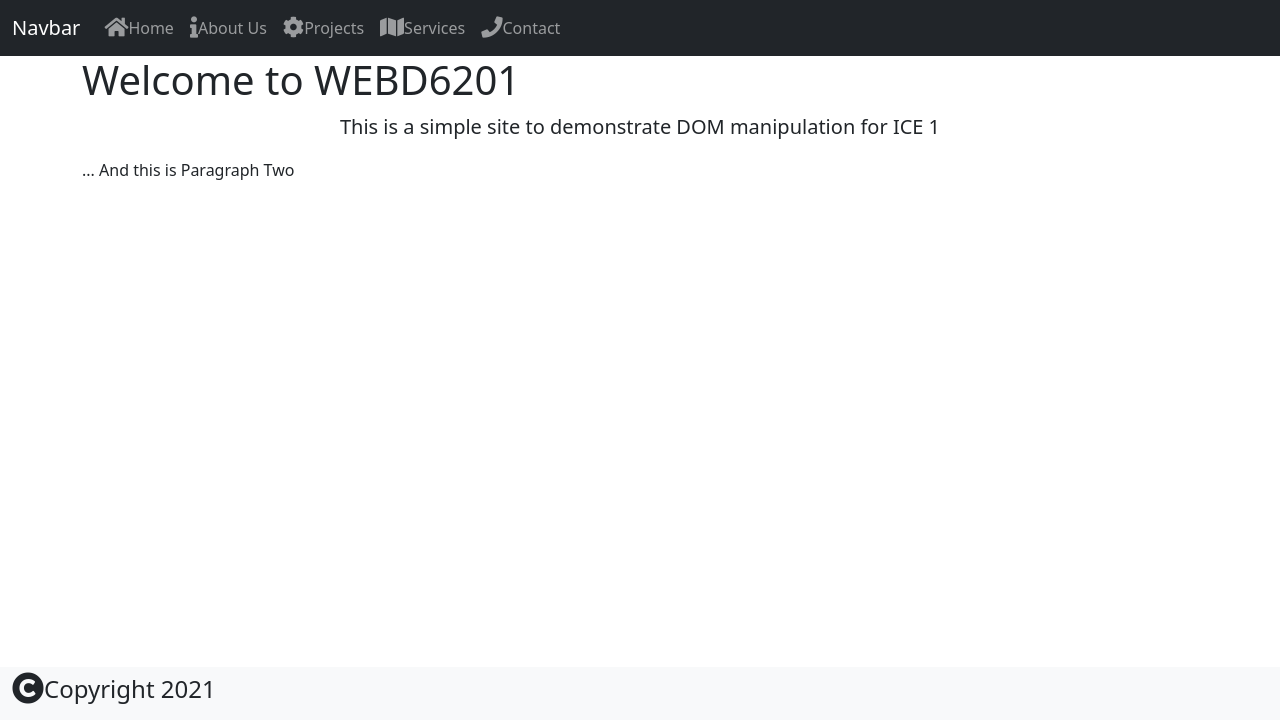
Repository: deividwsantoss/webd6201-W2021-ICE1
Page: Index.html
The author's editor kept a copy of each file at every save. The page is drawn from the files as they stood at one save, then again after a run of saves.
The browser window is 1280 px wide. The pictures show the whole page.

Above is the page before, as saved 2021-02-02 11:02:20.

### Index.html
<!DOCTYPE html>
<html lang="en">
<head>
    <meta charset="UTF-8">
    <meta name="viewport" content="width=device-width, initial-scale=1.0">
    <title>WEBD6201 - W2021 - ICE 1</title>
</head>
<!-- CSS SECTION -->
<link rel="stylesheet" href="./node_modules/bootstrap/dist/css/bootstrap.min.css">
<link rel="stylesheet" href="./node_modules/@fortawesome/fontawesome-free/css/all.min.css">
<link rel="stylesheet" href="./Content/app.css">

<body>
    <header>
        <nav class="navbar navbar-expand-lg navbar-dark bg-dark">
            <div class="container-fluid">
              <a class="navbar-brand" href="#">Navbar</a>
              <button class="navbar-toggler" type="button" data-bs-toggle="collapse" data-bs-target="#navbarSupportedContent" aria-controls="navbarSupportedContent" aria-expanded="false" aria-label="Toggle navigation">
                <span class="navbar-toggler-icon"></span>
              </button>
              <div class="collapse navbar-collapse" id="navbarSupportedContent">
                <ul class="navbar-nav me-auto mb-2 mb-lg-0">
                  <li class="nav-item">
                    <a class="nav-link" aria-current="page" href="#"><i class="fas fa-home fa-lg"></i>Home</a>
                  </li>
                  <li class="nav-item">
                    <a class="nav-link" aria-current="page" href="#"><i class="fas fa-info fa-lg"></i>About Us</a>
                  </li>
                  <li class="nav-item">
                    <a class="nav-link" aria-current="page" href="#"><i class="fas fa-cog fa-lg"></i>Projects</a>
                  </li>
                  <li class="nav-item">
                    <a class="nav-link" aria-current="page" href="#"><i class="fas fa-map fa-lg"></i>Services</a>
                  </li>
                  <li class="nav-item">
                    <a class="nav-link" aria-current="page" href="#"><i class="fas fa-phone fa-lg"></i>Contact</a>
                  </li>

                </ul>

              </div>
            </div>
          </nav>
    </header>
    <main class="container">

        <h1>Welcome to WEBD6201 </h1>
        <p id="paragraphOne"> </p>
    </main>

    <footer>
        <nav class="navbar fixed-bottom navbar-light bg-light">
            <div class="container-fluid">
                <h4><i class="fas fa-copyright fa-lg"></i>Copyright 2021 </h4>
            </div>
          </nav>

    </footer>
    <!-- Script Section-->
    <script src="./node_modules/jquery/dist/jquery.min.js"></script>
    <script src="./node_modules/bootstrap/dist/js/bootstrap.bundle.min.js"></script>
    <script src="./Scripts/app.js"></script>
</body>
</html>

### Scripts/app.js
/* Custom JavaScript goes here */


// IIFE -
//AKA - Anonymous self-excuting function

"use strict";

(function()
{


    function Start()
    {
        console.log("App Started...")

        let paragraphOneText = "This is a simple site to demonstrate DOM manipulation for ICE 1";
        let paragraphOneElement = document.getElementById("paragraphOne");

        //let paragraphOneParagraph = document.getElementsByTagName("p")[0];
        //let paragraphOneQuery = document.querySelector("p");
        //let paragraphOneQuerys = document.querySelectorAll("p")[0];

        paragraphOneElement.textContent = paragraphOneText;
        paragraphOneElement.className = "fs-5 text-center";

        //Step 1. document.createElement
        let newParagraph = document.createElement("p");
        //configure the element
        newParagraph.setAttribute("id", "paragraphTwo");
        newParagraph.textContent = "... And this is Paragraph Two";
        //step 3. Select the parent element
        let mainContent = document.getElementsByTagName("main")[0];
        //step 4. Add / Insert the element
        mainContent.appendChild(newParagraph);




    }
    window.addEventListener("load", Start);


})();

Loaded but not shown: node_modules/bootstrap/dist/css/bootstrap.min.css (library); node_modules/@fortawesome/fontawesome-free/css/all.min.css (library); node_modules/jquery/dist/jquery.min.js (library); node_modules/bootstrap/dist/js/bootstrap.bundle.min.js (library); Content/app.css (no stored copy; drawn as an empty file)

After the next 2 saves:
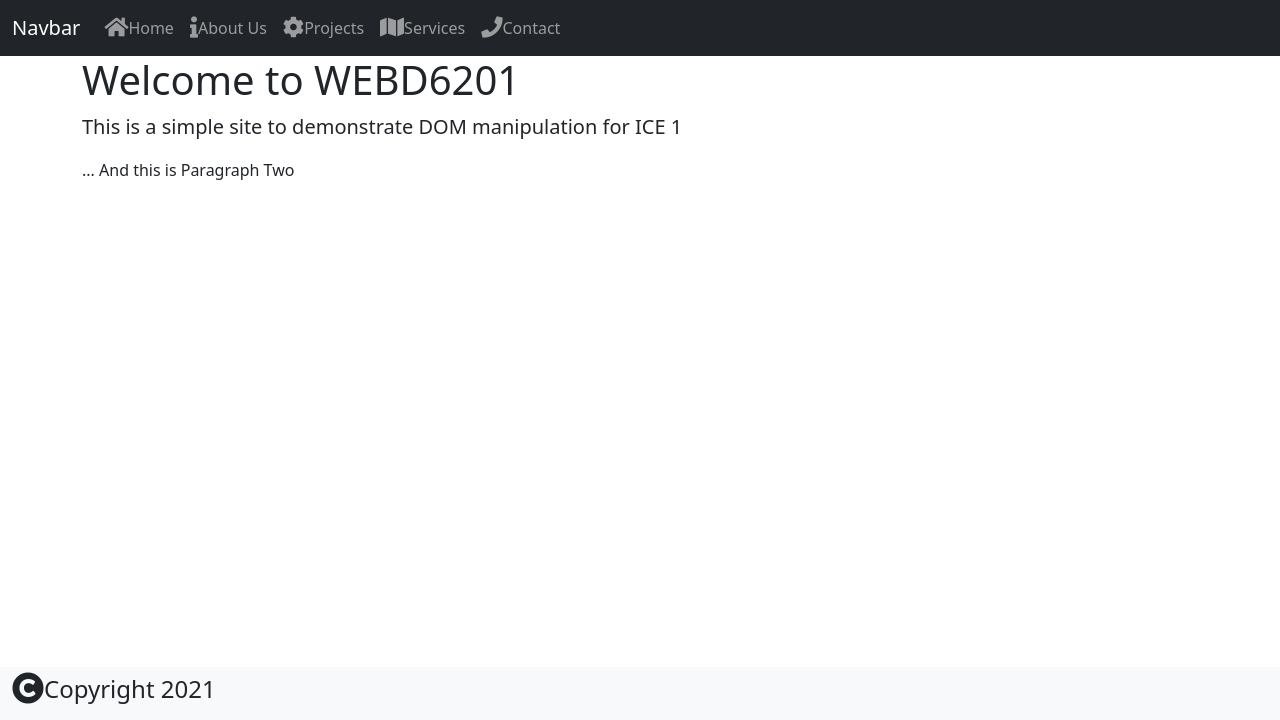
The 2 saves are shown as one change because they came seconds apart.
The last was saved 22 s later.
--- a/Scripts/app.js
+++ b/Scripts/app.js
@@ -22,7 +22,7 @@
         //let paragraphOneQuerys = document.querySelectorAll("p")[0];
 
         paragraphOneElement.textContent = paragraphOneText;
-        paragraphOneElement.className = "fs-5 text-center";
+        paragraphOneElement.className = "fs-5";
 
         //Step 1. document.createElement
         let newParagraph = document.createElement("p");
